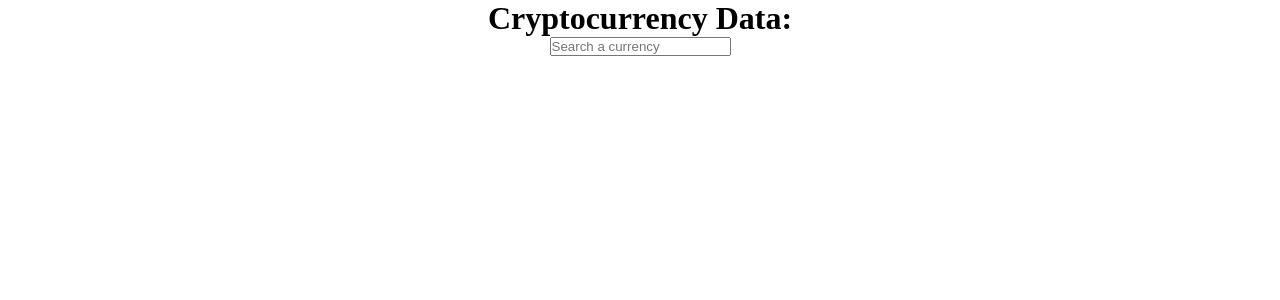
Repository: alejandroacd/cryptocurrency-market
Page: /
The author's editor kept a copy of each file at every save. The page is drawn from the files as they stood at one save, then again after the next save.
The browser window is 1280 px wide. The pictures show the whole page.
The page's requests for data from a server got no answer. The project was rebuilt for these pictures with package versions that can differ from the ones it lists, and the page was loaded fresh each time. No one was signed in, and anything a server would have sent is missing. Also part of the build but not shown: src/Currency.js.

Above is the page before, as saved 2021-06-29 15:16:29.

After the next save:
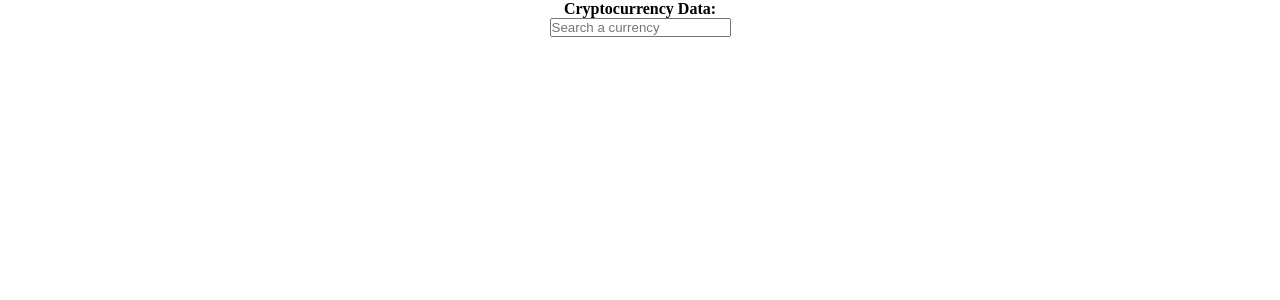
Saved 20 s later.
--- a/src/Currency.css
+++ b/src/Currency.css
@@ -25,7 +25,7 @@
 
 
 
-.currency h1 {
+ h1 {
     font-size:1em;
 }
 

After the 2 saves that followed:
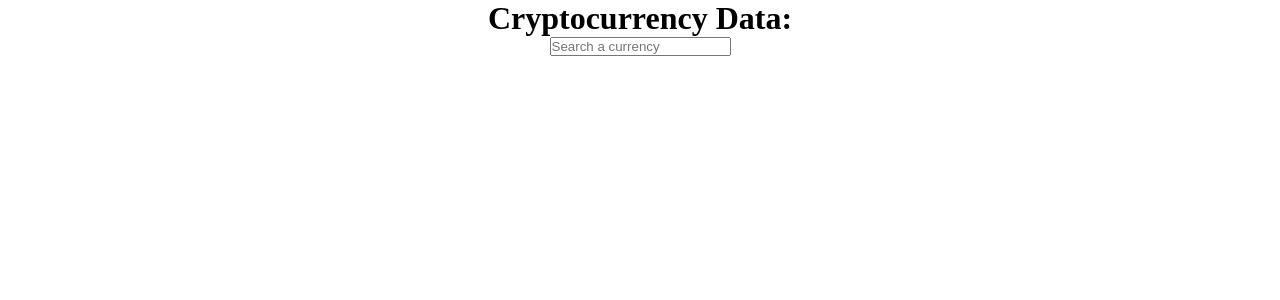
The 2 saves are shown as one change because 1 left the picture as it was.
The last was saved 45 s later.
--- a/src/Currency.css
+++ b/src/Currency.css
@@ -14,25 +14,41 @@
     display:flex;
     align-items: center;
     justify-content: space-between;
-
+    width: 15%;
 
 }
 
-.currency_container img {
+.currency img {
     height: 30px;
     width: 30px;
 }
 
+.currency_data {
+    display:flex;
+    flex-direction: row;
+    width: 75%;
+    justify-content: space-between;
+    align-items: center;
+}
 
-
- h1 {
+.currency h1 {
     font-size:1em;
 }
 
+.currency_price {
+    width: 110px;
+}
 
+.currency_volume {
+    width: 155px;
+}
+
+.currency_marketcap {
+    width: 230px;
+}
 
 .currency_symbol {
-    width: 30px;
+    width: 50px;
 }
 .red {
     color:#CD113B;
